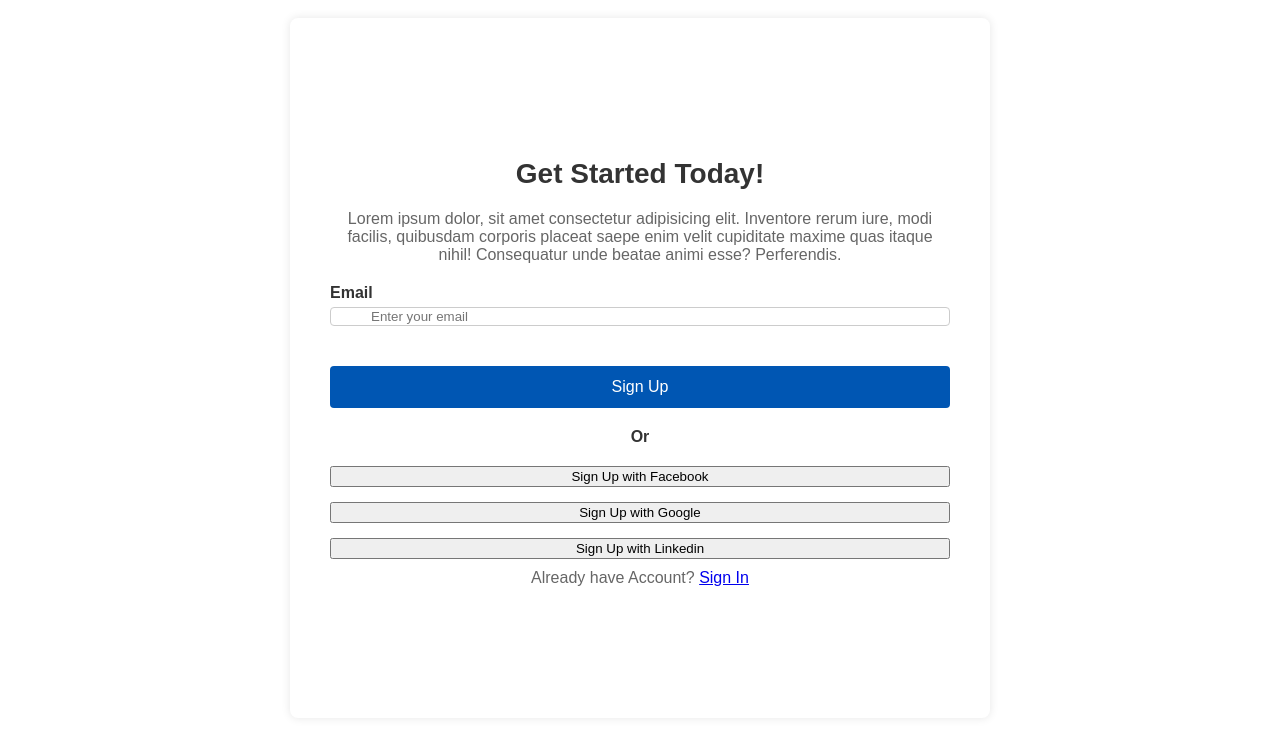
Repository: Femi007-gh/LOGIN-INTERFACE
Page: index.html
The author's editor kept a copy of each file at every save. The page is drawn from the files as they stood at one save, then again after a run of saves.
The browser window is 1280 px wide. The pictures show the whole page.

Above is the page before, as saved 2025-01-20 20:48:55.

After the next 2 saves:
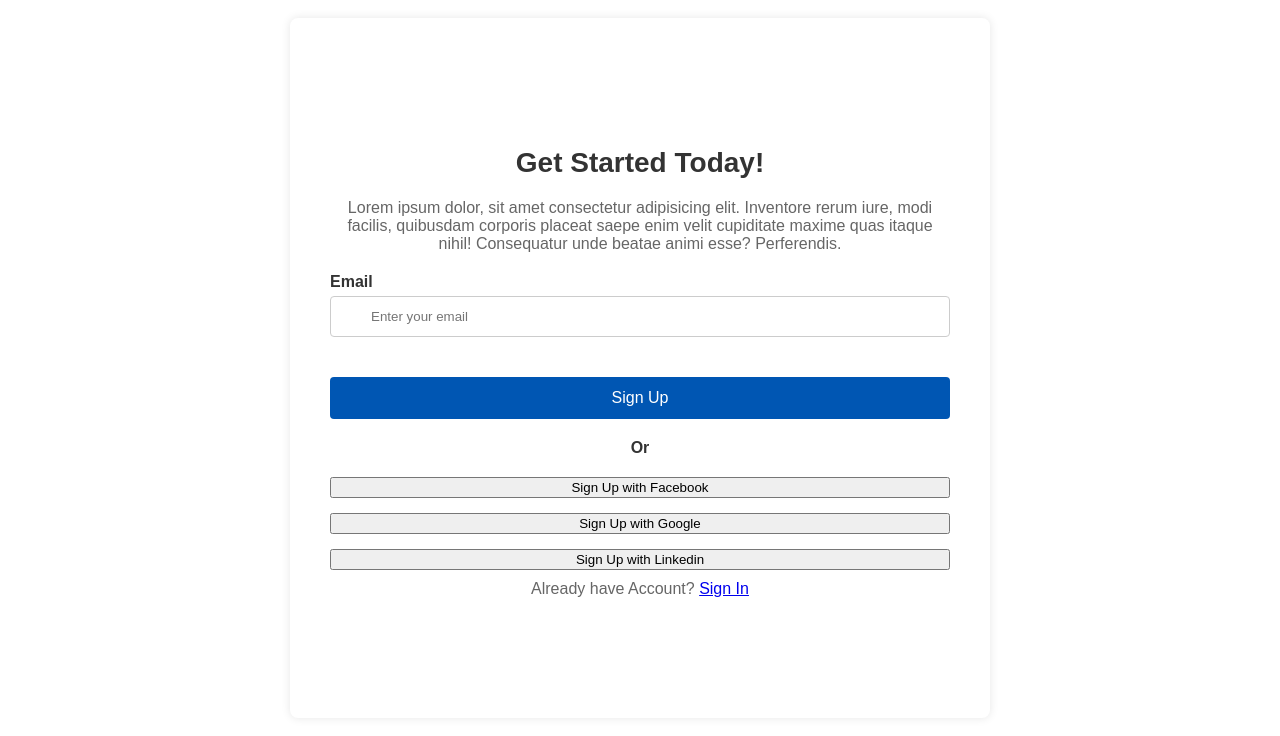
The 2 saves are shown as one change because they came seconds apart.
The last was saved 6 s later.
--- a/style.css
+++ b/style.css
@@ -55,6 +55,7 @@
 
 input[type="email"], input[type="text"] {
   width: 100%;
+ padding: 12px;
   border: 1px solid #ccc;
   border-radius: 4px;
   margin-bottom: 20px;

After the save that followed:
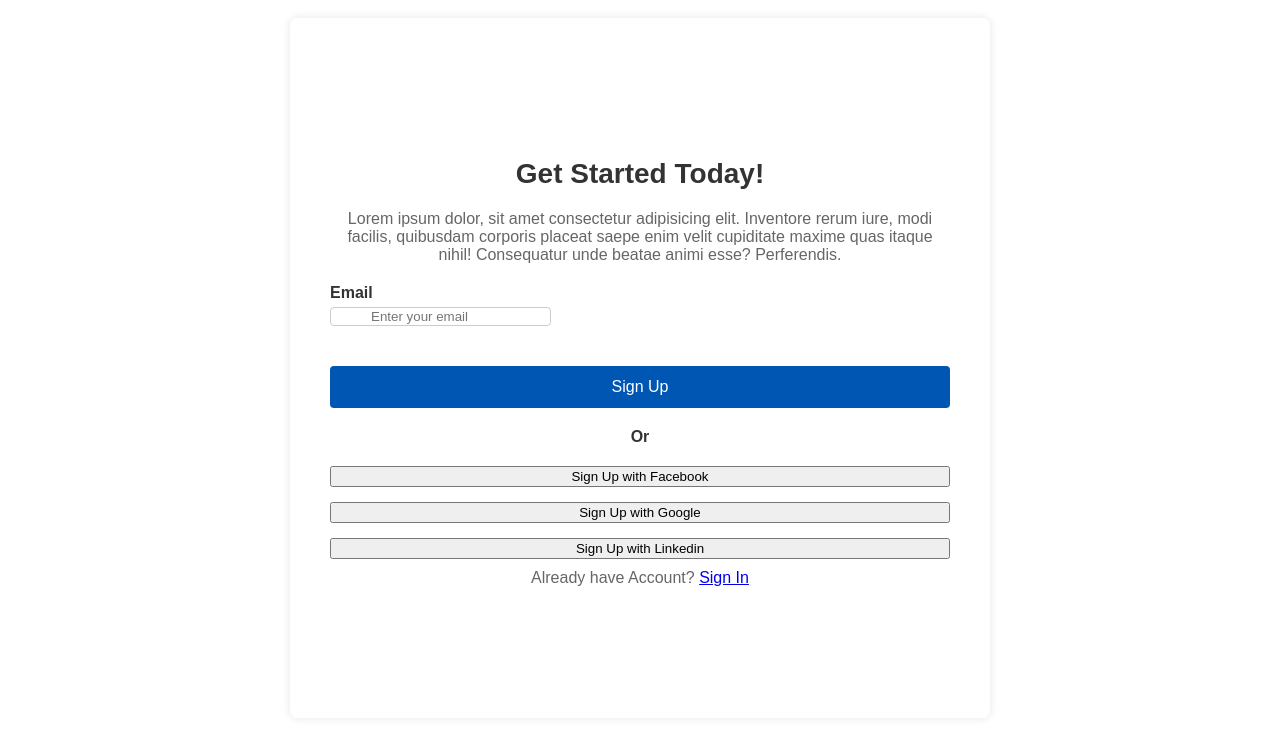
Saved 7 s later.
--- a/style.css
+++ b/style.css
@@ -54,8 +54,7 @@
 }
 
 input[type="email"], input[type="text"] {
-  width: 100%;
- padding: 12px;
+  width: 100zz;
   border: 1px solid #ccc;
   border-radius: 4px;
   margin-bottom: 20px;
